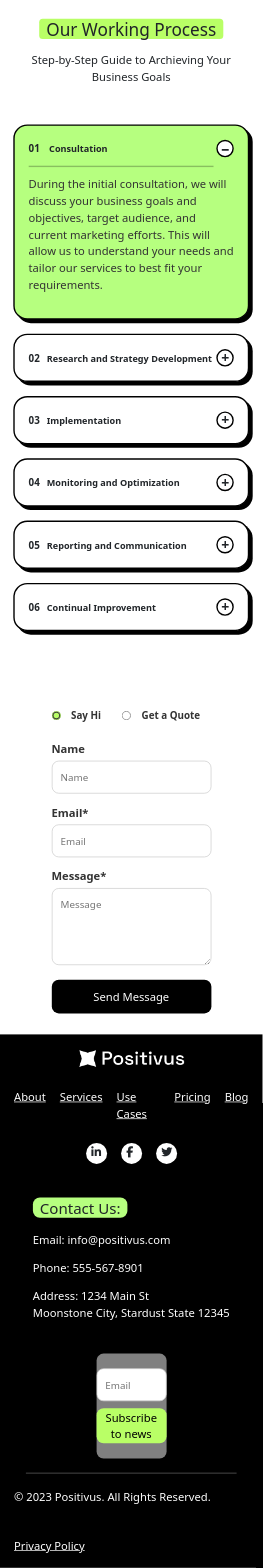
Repository: inshaabbas/CSS-Hackathon-SMIT
Page: index.html
The author's editor kept a copy of each file at every save. The page is drawn from the files as they stood at one save, then again after the next save.
The browser window is 375 px wide. The pictures show the part of the page from y = 2054 to 4294 px (the page is 4294 px tall), at 70% of full size.
A picture or video elsewhere on the page could not be fetched, so the positions and the page height are approximate.

Above is the page before, as saved 2025-06-25 11:31:01.

### index.html
<!DOCTYPE html>
<html lang="en">
<head>
    <meta charset="UTF-8">
    <meta name="viewport" content="width=device-width, initial-scale=1.0">
    <title>CSS Hackathon</title>
    <!-- Bootstrap CDN -->
     <link href="https://cdn.jsdelivr.net/npm/bootstrap@5.3.7/dist/css/bootstrap.min.css" rel="stylesheet" integrity="sha384-LN+7fdVzj6u52u30Kp6M/trliBMCMKTyK833zpbD+pXdCLuTusPj697FH4R/5mcr" crossorigin="anonymous">
    <!-- Font Awesome CDN -->
     <link rel="stylesheet" href="https://cdnjs.cloudflare.com/ajax/libs/font-awesome/6.7.2/css/all.min.css" integrity="sha512-Evv84Mr4kqVGRNSgIGL/F/aIDqQb7xQ2vcrdIwxfjThSH8CSR7PBEakCr51Ck+w+/U6swU2Im1vVX0SVk9ABhg==" crossorigin="anonymous" referrerpolicy="no-referrer"/>
    <!-- External Style Sheet -->
     <link rel="stylesheet" href="./style.css">
</head>
<body>
    <!-- Header Section Starts -->
    <header class="container-xxl">
      <div class="fixed-top">
         <nav class="navbar navbar-expand-lg bg-body-tertiary">
  <div class="container-fluid">
    <a class="navbar-brand" href="#"><img src="./Assets/logo.png" alt="Logo" width="150px"></a>
    <button class="navbar-toggler" type="button" data-bs-toggle="collapse" data-bs-target="#navbarSupportedContent" aria-controls="navbarSupportedContent" aria-expanded="false" aria-label="Toggle navigation">
      <span class="navbar-toggler-icon"></span>
    </button>
    <div class="collapse navbar-collapse" id="navbarSupportedContent">
      <ul class="navbar-nav ms-auto me-3 gap-4 mb-2 mb-lg-0">
        <li class="nav-item">
          <a class="nav-link active" aria-current="page" href="#">Aboutus</a>
        </li>
        <li class="nav-item">
          <a class="nav-link active" href="#">Services</a>
        </li>
        <li class="nav-item">
          <a class="nav-link active" aria-disabled="true">User Cases</a>
        </li>
        <li class="nav-item">
          <a class="nav-link active" aria-current="page" href="#">Pricing</a>
        </li>
        <li class="nav-item">
          <a class="nav-link active" aria-current="page" href="#">Blog</a>
        </li>
      </ul>
        <button class="btn btn-outline-dark" type="submit">Request a Quote</button>
      </form>
    </div>
  </div>
</nav>
      </div>
    </header>
    <!-- Header Section Ends -->

    <!-- Hero Section Starts -->
     <section class="hero-sec container-xxl">
        <div class="hero-text">
            <h2>Navigating the digital landscape for success</h2>
            <p>Lorem ipsum dolor sit amet consectetur adipisicing elit. Nihil sapiente officia omnis rerum, vitae nesciunt ad obcaecati sint quam accusantium Lorem ipsum dolor sit amet consectetur adipisicing elit. Quaerat nobis quos soluta accusantium perspiciatis quas ducimus dicta accusamus eius, sint adipisci cum minima aliquam debitis expedita nam eos, consectetur quasi.</p>
            <button type="button" class="btn btn-dark">Book a consultation</button>
        </div>
        <div class="hero-img">
            <img src="./Assets/hero-sec-img.png" alt="Hero Section Img" width="450px" height="330px">
        </div>
     </section>
    <!-- Hero Section Ends -->

    <!-- Social Section Starts -->
     <section class="social-sec container-xxl">
       <img src="./Assets/Amazon.png" alt="Amazon">
       <img src="./Assets/Dribbble.png" alt="Dribbble">
       <img src="./Assets/Hubspot-icon-removebg-preview.png" alt="Hubspot">
       <img src="./Assets/Notion.png" alt="Notion">
       <img src="./Assets/Netflix.png" alt="Netflix" class="gray">
       <img src="./Assets/Zoom.png" alt="Zoom" class="gray">
     </section>
    <!-- Social Section Ends -->

    <!-- Service Section Starts -->
     <section class="service-sec container-xxl">
      <div class="service-head">
        <h2>Services</h2>
        <p>Lorem ipsum dolor sit amet consectetur adipisicing elit. Ad, aliquam assumenda. Perspiciatis necessitatibus ullam possimus illum consequatur dolores quasi ut.</p>
      </div>
      <div class="service-cards">
        <div class="service-card-1 hover-img">
          <div class="ser-card-1-text">
             <h3>Search engine <br> optimization</h3>
             <p><img src="./Assets/service-icon.png" alt="Service Icon" width="30px">Learn More</p>
          </div>
          <div class="ser-card-1-img">
            <img src="./Assets/Service-card-1img.png" alt="">
          </div>
        </div>
        <div class="service-card-2 hover-img">
          <div class="ser-card-2-text">
             <h3>Search engine <br> optimization</h3>
             <p><img src="./Assets/service-icon.png" alt="Service Icon" width="30px">Learn More</p>
          </div>
          <div class="ser-card-2-img">
            <img src="./Assets/Service-card-2-img.png" alt="">
          </div>
        </div>
      </div>
     </section>
    <!-- Service Section Ends -->

     <!-- Working section Starts -->
     <section class="working-section container-xxl">
      <div class="working-head">
        <h2>Our Working Process</h2>
        <p>Step-by-Step Guide to Archieving Your Business Goals</p>
      </div>
      <div class="faq-section">
  <details open>
    <summary><span><span class="number">01</span> Consultation</span> <span class="plus"></span></summary>
    <hr class="divider">
    <div class="faq-content">
      <p>During the initial consultation, we will discuss your business goals and objectives, target audience, and current marketing efforts. This will allow us to understand your needs and tailor our services to best fit your requirements.</p>
    </div>
  </details>

  <details>
    <summary><span><span class="number">02</span>Research and Strategy Development</span> <span class="plus"></span></summary>
    <hr class="divider">
    <div class="faq-content">
      We research your market and competitors to develop a custom strategy aligned with your business goals.
    </div>
  </details>

   <details>
    <summary><span><span class="number">03</span>Implementation</span> <span class="plus"></span></summary>
    <hr class="divider">
    <div class="faq-content">
      We research your market and competitors to develop a custom strategy aligned with your business goals.
    </div>
  </details>

   <details>
    <summary><span><span class="number">04</span>Monitoring and Optimization</span> <span class="plus"></span></summary>
    <hr class="divider">
    <div class="faq-content">
      We research your market and competitors to develop a custom strategy aligned with your business goals.
    </div>
  </details>

   <details>
    <summary><span><span class="number">05</span>Reporting and Communication</span> <span class="plus"></span></summary>
    <hr class="divider">
    <div class="faq-content">
      We research your market and competitors to develop a custom strategy aligned with your business goals.
    </div>
  </details>

   <details>
    <summary><span><span class="number">06</span>Continual Improvement</span> <span class="plus"></span></summary>
    <hr class="divider">
    <div class="faq-content">
      We research your market and competitors to develop a custom strategy aligned with your business goals.
    </div>
  </details>
      </div>
      </section>

    <!-- Working section Ends -->

     <!-- Contact section Starts -->
     <section class="contact-section container-xxl">
      <div class="contact-form">
        <form>
          <div class="radio-group">
            <label><input type="radio" name="purpose" checked>Say Hi</label>
            <label><input type="radio" name="purpose"> Get a Quote</label>
          </div>

          <div class="form-group">
            <label for="name">Name</label>
            <input type="text" id="name" name="name" placeholder="Name" required>
          </div>

          <div class="form-group">
            <label for="email">Email*</label>
            <input type="email" id="email" name="email" placeholder="Email" required>
          </div>

          <div class="form-group">
            <label for="message">Message*</label>
            <textarea id="message" name="message" placeholder="Message" rows="4" required></textarea>
          </div>

          <button type="submit" class="send-btn">Send Message</button>
        </form>
       </div>
      <div class="contact-image">
        <img src="./Assets/Contact-img.png" alt="Contact img" width="400px">
      </div>
     </section>

     <!-- Contact section End -->

     <!-- Footer section Starts -->

     <footer>
        <div class="top-footer">
            <div class="fot-logo">
                <img src="./Assets/Foooter-logo.png" alt="Footer logo" width="150px">
            </div>
            <div class="fot-links">
                <li><a href="#">About</a></li>
                <li><a href="#">Services</a></li>
                <li><a href="#">Use Cases</a></li>
                <li><a href="#">Pricing</a></li>
                <li><a href="#">Blog</a></li>
            </div>
            <div class="fot-icons">
                <div class="circle"><i class="fa-brands fa-linkedin-in"></i></div>
                <div class="circle"><i class="fa-brands fa-facebook-f"></i></div>
                <div class="circle"><i class="fa-brands fa-twitter"></i></div>
            </div>
        </div>

        <div class="fot-contact">
            <div class="fot-text">
                <h4>Contact Us:</h4>
                <p style="margin-top: 20px;">Email: info@positivus.com</p>
                <p>Phone: 555-567-8901</p>
                <p>Address: 1234 Main St <br> Moonstone City, Stardust State 12345</p>
            </div>
            <div class="fot-input">
                <input type="text" placeholder="Email">
                <button class="btn-sub">Subscribe to news</button>
            </div>
        </div>
        <hr>
        <div class="bot-foot">
            <p>© 2023 Positivus. All Rights Reserved.</p>
            <a href="#">Privacy Policy</a>
        </div>
     </footer>








<script src="https://cdn.jsdelivr.net/npm/@popperjs/core@2.11.8/dist/umd/popper.min.js" integrity="sha384-I7E8VVD/ismYTF4hNIPjVp/Zjvgyol6VFvRkX/vR+Vc4jQkC+hVqc2pM8ODewa9r" crossorigin="anonymous"></script>
<script src="https://cdn.jsdelivr.net/npm/bootstrap@5.3.7/dist/js/bootstrap.min.js" integrity="sha384-7qAoOXltbVP82dhxHAUje59V5r2YsVfBafyUDxEdApLPmcdhBPg1DKg1ERo0BZlK" crossorigin="anonymous"></script>
</body>
</html>

### style.css
.hover-img{
    transition: transform 0.3s ease;
}

.hover-img:hover{
    transform: scale(1.1);
}

.hero-sec{
    display: flex;
    justify-content: space-around;
    align-items: center;
    padding: 20px;
    height: 500px;
    padding-top: 80px;
}

.hero-text{
    width: 50%;
}

.hero-text h2{
    font-size: 35px;
    font-weight: bold;
}

@media screen and (max-width: 1010px) {
    .hero-img img{
        width: 350px;
        height: 300px;
    }
    .hero-sec{
        height: auto;
    }
}

@media screen and (max-width: 800px){
    .hero-sec{
        flex-direction: column;
        gap: 50px;
    }

    .hero-text{
    width: 100%;
}

.hero-img img{
    width: 300px;
    height: 250px;
}
}

/* Hero Section End */

/* Social Section Starts */
.social-sec{
    height: auto;
    display: flex;
    justify-content: center;
    align-items: center;
    gap: 40px;
    flex-wrap: wrap;
    padding: 20px;
    margin-top: 40px;
}

.social-sec img{
    width: 120px;
}

.gray{
    filter: grayscale(100%);
}

/* Social Section Ends */


/* Service Section Starts */

.service-sec{
    height: auto;
    margin-top: 40px;
    padding: 40px 10px;
}

.service-head{
    display: flex;
    margin-left: 100px;
    gap: 30px;
}

.service-head h2{
    background-color: #b9ff66;
    padding: 0px 10px;
    border-radius: 5px;
    font-size: 40px;
}

.service-head p{
    width: 600px;
}

.service-cards{
    padding-top: 40px;
    display: flex;
    justify-content: center;
    align-items: center;
    flex-wrap: wrap;
    gap: 40px;
    padding: 20px;
}

/* Card 1  */
.service-card-1{
    display: flex;
    justify-content: space-between;
    width: 500px;
    height: 280px;
    background-color: #f3f3f3;
    border-radius: 30px;
    padding: 20px;
    border-bottom: black solid 4px;
    border-top: black solid 1px;
    border-left: black solid 1px;
    border-right: black solid 1px;
}

.service-card-1 p img{
    margin-right: 10px;
}

.service-card-1 p{
    margin-top: 100px;
}

.ser-card-1-img{
    display: flex;
    justify-content: center;
    align-items: center;
}

.ser-card-1-text h3{
    background-color: #b9ff66;
    padding: 5px 10px;
    border-radius: 5px;
}

/* Card 2 */

.service-card-2{
    display: flex;
    justify-content: space-between;
    width: 500px;
    height: 280px;
    background-color: #b9ff66;
    border-radius: 30px;
    padding: 20px;
    border-bottom: black solid 4px;
    border-top: black solid 1px;
    border-left: black solid 1px;
    border-right: black solid 1px;
}

.service-card-2 p img{
    margin-right: 10px;
}

.service-card-2 p{
    margin-top: 100px;
}

.ser-card-2-img{
    display: flex;
    justify-content: center;
    align-items: center;
}

.ser-card-2-text h3{
    background-color: #f3f3f3;
    padding: 5px 10px;
    border-radius: 5px;
}

@media screen and (max-width: 865px){
    .service-head{
        flex-direction: column;
        justify-content: center;
        align-items: center;
        text-align: center;
        margin-left: 0px;
        gap: 10px;
    }

    .service-head p{
        width: 100%;
    }
}

@media screen and (max-width: 500px){
    .service-head p{
        font-size: 13px;
    }

    .service-card-2{
        height: 230px;
    }
    .ser-card-2-img img{
        width: 180px;
    }

    .ser-card-2-text h3{
        font-size: 20px;
    }

    .ser-card-2-text p{
        font-size: 13px;
    }

    .service-card-1{
        height: 230px;
    }
    .ser-card-1-img img{
        width: 180px;
    }

    .ser-card-1-text h3{
        font-size: 20px;
    }

    .ser-card-1-text p{
        font-size: 15px;
    }
}

    @media screen and (max-width: 440px){
    .service-head p{
        font-size: 10px;
    }

    .ser-card-2-img img{
        width: 120px;
    }

    .ser-card-2-text h3{
        font-size: 14px;
    }

    .ser-card-2-text p{
        font-size: 12px;
    }

    .ser-card-1-img img{
        width: 120px;
    }

    .ser-card-1-text h3{
        font-size: 14px;
    }

    .ser-card-1-text p{
        font-size: 12px;
    }
}

/* Service Section Ends*/

/* Working Section Starts */

.working-section{
    height: auto;
    margin-top: 20px;
    padding: 40px 10px;
}

.working-head{
    display: flex;
    align-items: center;
    margin-left: 100px;
    gap: 30px;
}

.working-head h2{
    background-color: #b9ff66;
    padding: 0px 10px;
    border-radius: 5px;
}

.working-head p{
    width: 100%;
    max-width: 600px;
}

.faq-section{
    display: flex;
    flex-direction: column;
    justify-content: center;
    align-items: center;
    margin-top: 40px;
    padding: 0px 10px;
}

details {
      border: 2px solid #000;
      border-radius: 20px;
      margin-bottom: 20px;
      padding: 20px;
      box-shadow: 5px 5px 0 #000;
      background-color: #fff;
      transition: all 0.3s ease;
      width: 70vw;
    }

    details[open] {
      background-color: #b6ff7f;
    }

    summary {
      list-style: none;
      cursor: pointer;
      font-weight: bold;
      font-size: 20px;
      display: flex;
      justify-content: space-between;
      align-items: center;
    }

    summary::-webkit-details-marker {
      display: none;
    }

    .number {
      font-size: 24px;
      margin-right: 10px;
    }

    .plus::after {
      content: "+";
      font-size: 24px;
      width: 36px;
      height: 36px;
      display: inline-flex;
      align-items: center;
      justify-content: center;
      border: 2px solid #000;
      border-radius: 50%;
      background: #fff;
    }

    details[open] .plus::after {
      content: "−";
    }

    .faq-content {
      margin-top: 10px;
      font-size: 16px;
      line-height: 1.5;
      color: #333;
    }

    .divider {
      display: none;
      border: none;
      border-top: 2px solid #000;
      margin: 12px 0;
    }

    details[open] .divider {
      display: block;
    }

    details[open] .faq-content {
      display: block;
    }


@media screen and (max-width: 1084px){
    .working-head{
        flex-direction: column;
        justify-content: center;
        align-items: center;
        text-align: center;
        gap: 10px;
        margin-left: 0px;
    }
}

@media screen and (max-width: 700px){
    summary span{
        font-size: 16px;
    }

    .number{
        font-size: 16px;
    }

    .plus::after{
        font-size: 20px;
        width: 25px;
        height: 25px;
    }

    details{
        width: 90vw;
    }
}

@media screen and (max-width: 420px){
    summary span{
        font-size: 13px;
    }

    .number{
        font-size: 14px;
    }
}
/* Working Section Ends */

/* Contact Section Starts */

.contact-section{
    display: flex;
    justify-content: space-between;
    height: auto;
    margin-top: 20px;
    padding: 60px 0px 40px 20px
}

.contact-form{
    width: 100%;
    margin-left: 40px;
}

.radio-group {
  display: flex;
  gap: 30px;
  margin-bottom: 20px;
  font-size: 14px;
}

.radio-group label{
  display: flex;
  align-items: center;
  gap: 15px;
  font-size: 14px;
  color: #333;
  cursor: pointer;
  /* width: 100px; */
  white-space: nowrap
}


input[type="radio"] {
  accent-color: #b9ff66;
}

.form-group {
  margin-bottom: 15px;
}

label {
  display: block;
  margin-bottom: 5px;
  font-weight: bold;
  color: #333;
}

input,
textarea {
  width: 100%;
  max-width: 500px;
  padding: 12px;
  font-size: 14px;
  border: 1px solid #ccc;
  border-radius: 10px;
  box-sizing: border-box;
}

.send-btn{
  background-color: #000;
  color: #fff;
  border: none;
  padding: 12px;
  width: 100%;
  max-width: 500px;
  border-radius: 10px;
  font-size: 16px;
  cursor: pointer;
  transition: background-color 0.3s;
}

.send-btn:hover {
  background-color: #333;
}

.contact-image {
  flex: 1;
  text-align: right;
  min-width: 300px;
  overflow-x: hidden;
}

@media screen and (max-width: 890px){
    .contact-image img {
        display: none;
    }

    .contact-section {
        flex-direction: column;
        align-items: center;
        padding: 30px 20px;
    }

    .contact-form {
        margin-left: 0;
        width: 100%;
        display: flex;
        flex-direction: column;
        align-items: center;
    }

    .form-group,
    input,
    textarea,
    .send-btn {
        width: 100%;
        max-width: 600px;
    }
}

/* Contact Section Ends*/

footer{
    height: auto;
    background-color: #000;
    padding: 20px;
}

.top-footer{
    display: flex;
    justify-content: space-between;
}

.fot-links{
    display: flex;
    gap: 20px;
}

.fot-links li{
    list-style: none;
}

.fot-links li a{
    color: white;
    text-decoration: underline;
}

.fot-icons{
    display: flex;
    gap: 20px;
}

.fot-icons .circle{
    width: 30px;
    height: 30px;
    background-color: white;
    border-radius: 50%;
}

.fot-icons .circle i{
    margin-left: 8px;
}

.fot-contact{
    display: flex;
    justify-content: space-between;
    margin-top: 50px;
}

.fot-text h4{
    background-color: #b6ff7f;
    display: inline;
    border-radius: 10px;
    padding: 0px 10px;
}

.fot-text p{
    color: white;
}

.fot-input{
    display: flex;
    justify-content: center;
    align-items: center;
    gap: 10px;
    background-color: gray;
    width: 500px;
    height: 150px;
    border-radius: 10px;
}

.fot-input input{
    max-width: 200px;
    width: 100%;
}

.btn-sub{
    max-width: 200px;
    width: 100%;
    height: 50px;
    border-radius: 10px;
    border: none;
    background-color: #b9ff66;
}

hr{
    width: 90%;
    color: gray;
    border: 1px white solid;
    margin: 0 auto;
    margin-top: 20px;
}

.bot-foot{
    display: flex;
    gap: 20px;
}

.bot-foot p{
    color: white;
    margin-top: 20px;
}

.bot-foot a{
    color: white;
    margin-top: 20px;
}

@media screen and (max-width: 885px){
    .top-footer{
        flex-direction: column;
        gap: 30px;
        align-items: center;
    }

    .fot-contact{
        flex-direction: column;
        gap: 30px;
        align-items: center;
    }

    .fot-input{
        flex-direction: column;
        width: 200px;
    }

    .fot-input{
    /* max-width: 100px; */
    width: 50%;
}
}

@media screen and (max-width: 536px){
    .fot-input{
        max-width: 100px;
        width: 100%;
    }
}

@media screen and (max-width: 505px){
    .bot-foot{
        display: flex;
        flex-direction: column;
        gap: 10px;
    }
}

After the next save:
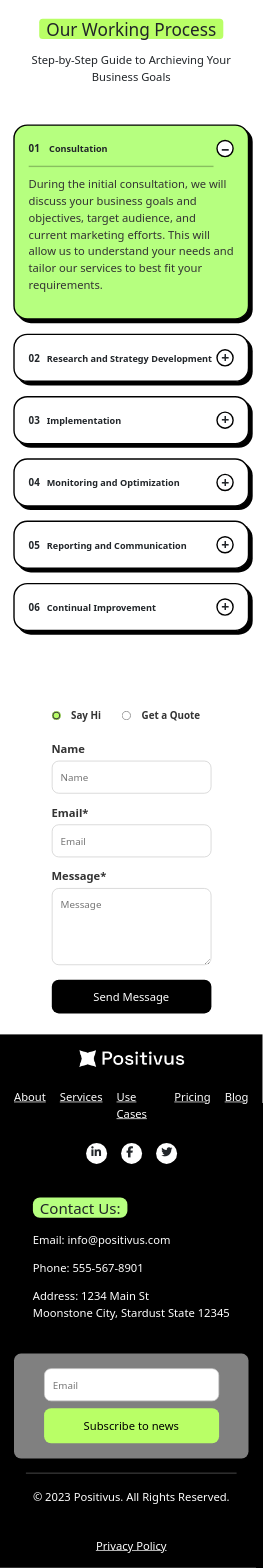
Saved 60 s later.
--- a/style.css
+++ b/style.css
@@ -673,3 +673,60 @@ hr{
         gap: 10px;
     }
 }
+
+
+
+.fot-input {
+  display: flex;
+  gap: 10px;
+  align-items: center;
+  justify-content: center;
+  max-width: 100%;
+}
+
+.fot-input input {
+  max-width: 200px;
+  width: 100%;
+}
+
+.btn-sub {
+  max-width: 200px;
+  width: 100%;
+  height: 50px;
+  border-radius: 10px;
+  border: none;
+  background-color: #b9ff66;
+}
+
+/* Media Query: Tablet and below */
+@media screen and (max-width: 885px) {
+  .fot-input {
+    flex-direction: column;
+    width: 100%;
+    align-items: center;
+  }
+
+  .fot-input input,
+  .btn-sub {
+    max-width: 300px;
+    width: 100%;
+  }
+}
+
+/* Media Query: Mobile */
+@media screen and (max-width: 536px) {
+  .fot-input input,
+  .btn-sub {
+    max-width: 250px;
+    width: 100%;
+  }
+}
+
+@media screen and (max-width: 505px) {
+  .bot-foot {
+    flex-direction: column;
+    gap: 10px;
+    align-items: center;
+    text-align: center;
+  }
+}

After the 2 saves that followed:
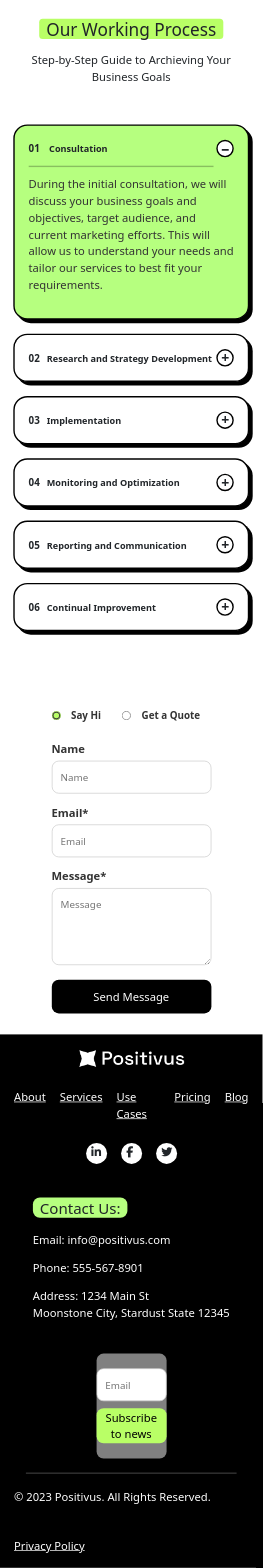
The 2 saves are shown as one change because 1 left the picture as it was.
The last was saved 19 s later.
--- a/style.css
+++ b/style.css
@@ -673,60 +673,3 @@ hr{
         gap: 10px;
     }
 }
-
-
-
-.fot-input {
-  display: flex;
-  gap: 10px;
-  align-items: center;
-  justify-content: center;
-  max-width: 100%;
-}
-
-.fot-input input {
-  max-width: 200px;
-  width: 100%;
-}
-
-.btn-sub {
-  max-width: 200px;
-  width: 100%;
-  height: 50px;
-  border-radius: 10px;
-  border: none;
-  background-color: #b9ff66;
-}
-
-/* Media Query: Tablet and below */
-@media screen and (max-width: 885px) {
-  .fot-input {
-    flex-direction: column;
-    width: 100%;
-    align-items: center;
-  }
-
-  .fot-input input,
-  .btn-sub {
-    max-width: 300px;
-    width: 100%;
-  }
-}
-
-/* Media Query: Mobile */
-@media screen and (max-width: 536px) {
-  .fot-input input,
-  .btn-sub {
-    max-width: 250px;
-    width: 100%;
-  }
-}
-
-@media screen and (max-width: 505px) {
-  .bot-foot {
-    flex-direction: column;
-    gap: 10px;
-    align-items: center;
-    text-align: center;
-  }
-}
